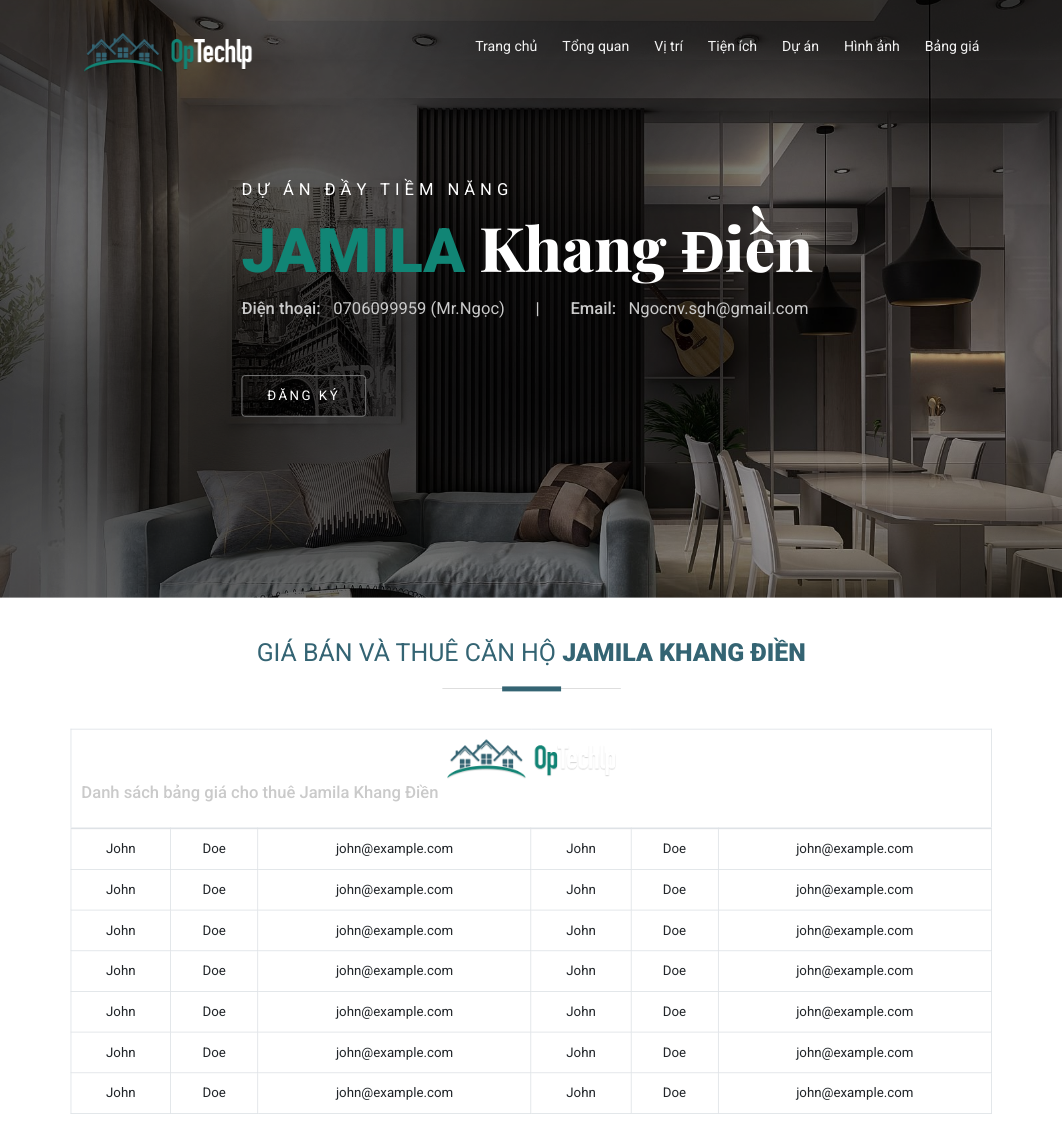
Repository: phunobi1807/Myweb
Page: index.html
An editor plug-in stored every save of this project. The page is shown before and after the next save, followed by the edit.
The browser window is 1280 px wide. The pictures show the whole page, at 83% of full size.
Some web fonts or font styles are not loaded; a fallback is used.

Above is the page before, as saved 2021-05-14 11:51:59.

After the next save:
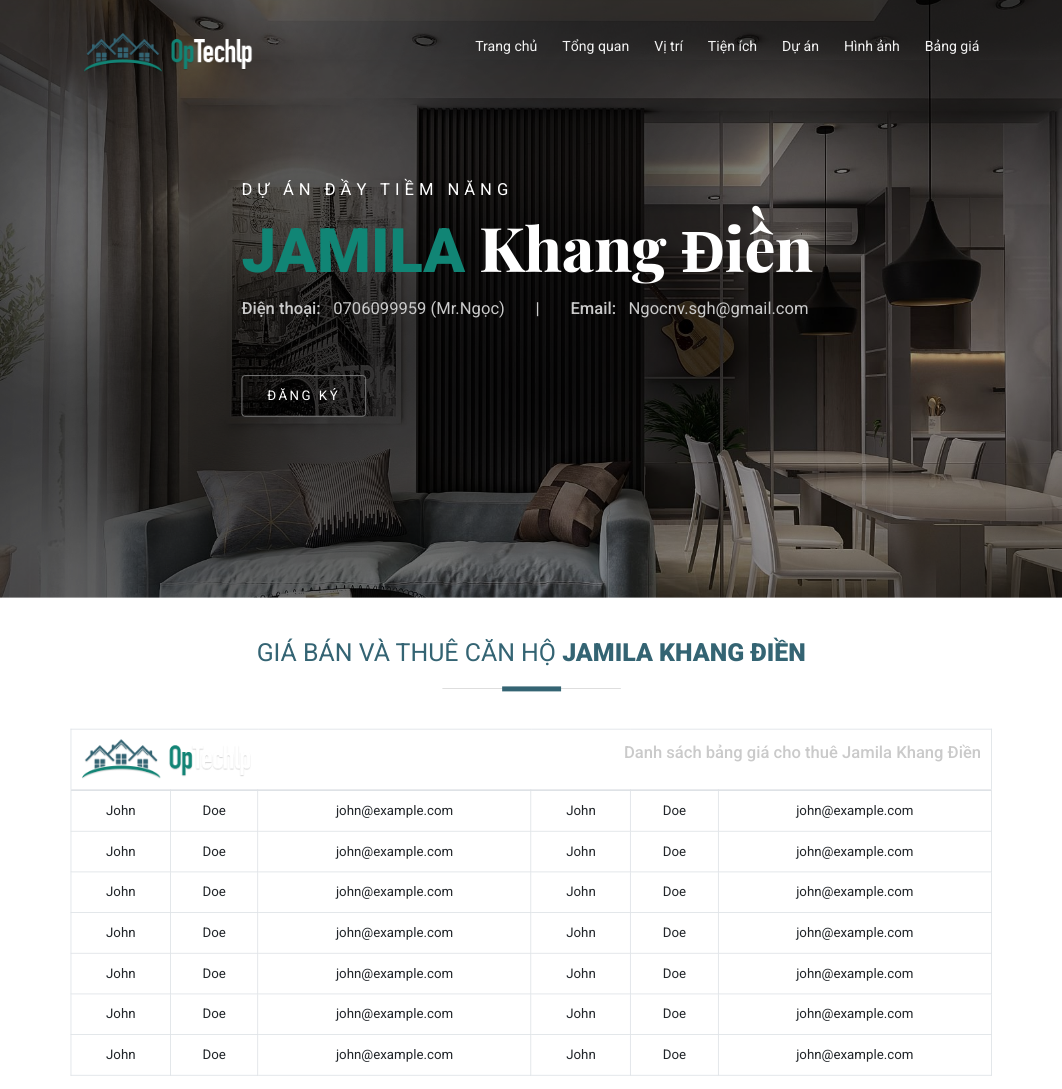
Saved 117 s later.
--- a/css/style.css
+++ b/css/style.css
@@ -184,4 +184,9 @@
         z-index: 10;
         margin-top: -2.5px;
     }
+
+    .price-apartment .title-table {
+        display: flex;
+        justify-content: space-between;
+    }
     /* end giá bán căn hộ trong bảng  */
